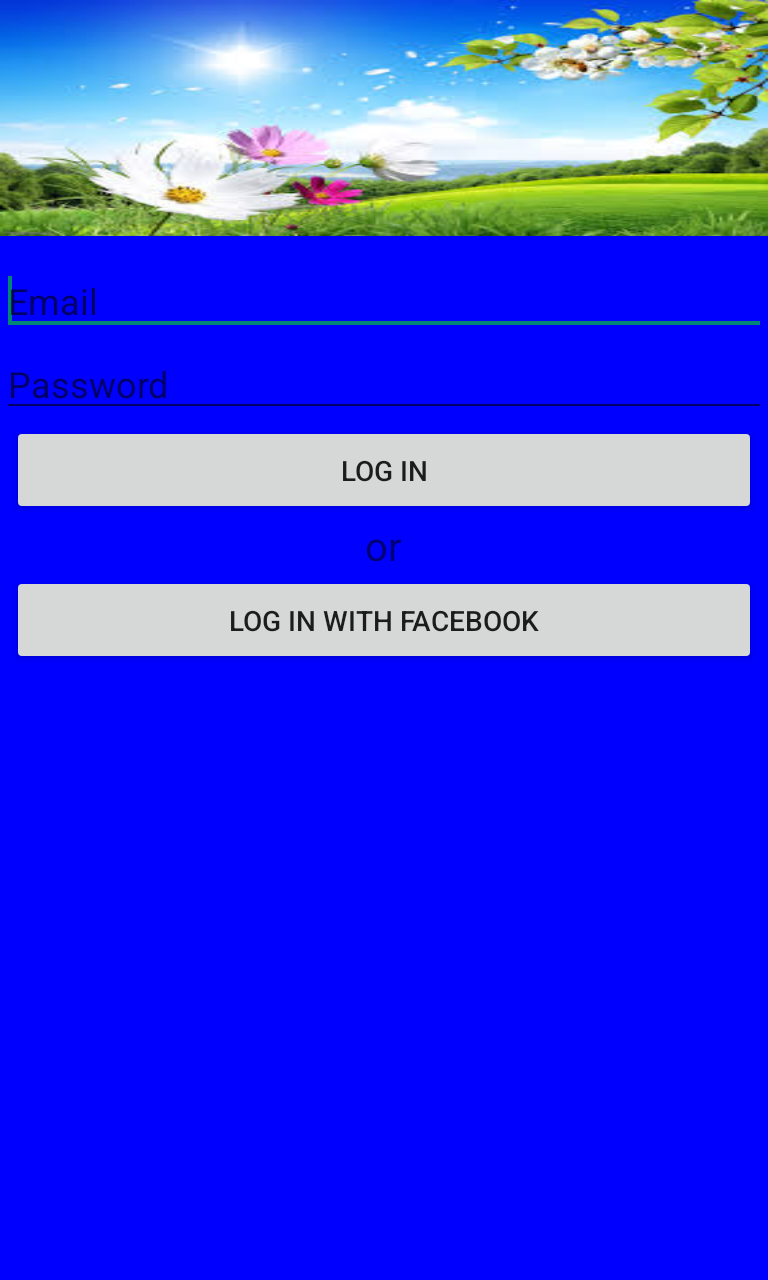
Repository: adarshnair13/my-project
Layout: ash/res/layout/activity_main.xml
The author's editor kept a copy of each file at every save. The layout is drawn from the files as they stood at one save, then again after the next save.
It is drawn on a 768 x 1280 px phone screen (xhdpi) without system bars, with theme AppTheme; the app's code is not run.

Above is the layout before, as saved 2015-02-02 23:01:43.

### ash/res/layout/activity_main.xml
<LinearLayout xmlns:android="http://schemas.android.com/apk/res/android"
    xmlns:tools="http://schemas.android.com/tools"
    android:id="@+id/LinearLayout1"
    android:layout_width="match_parent"
    android:layout_height="match_parent"
    android:orientation="vertical"
    android:background="#0000ff"
    tools:context="com.adarsh.ash.MainActivity" >

    <ImageView
        android:id="@+id/imageView1"
        android:layout_width="match_parent"
        android:layout_height="wrap_content"
        android:scaleType="fitXY"
        android:src="@drawable/nock" />

    <EditText
        android:id="@+id/editText1"
        android:layout_width="match_parent"
        android:layout_height="wrap_content"
        android:layout_marginTop="10dp"
        android:ems="10"
        android:hint="Email"
        android:inputType="textEmailAddress" >

        <requestFocus />
    </EditText>

    <EditText
        android:id="@+id/editText2"
        android:layout_width="match_parent"
        android:layout_height="wrap_content"
        android:ems="10"
        android:hint="Password"
        android:inputType="numberPassword" />

    <Button
        android:id="@+id/button1"
        style="?android:attr/buttonStyleSmall"
        android:layout_width="match_parent"
        android:layout_height="wrap_content"
        android:layout_marginLeft="5dp"
        android:layout_marginRight="5dp"
        android:text="Log In" />

    <TextView
        android:id="@+id/textView1"
        android:layout_width="wrap_content"
        android:layout_height="wrap_content"
        android:layout_gravity="center"
        android:text="or"
        android:textSize="20dp" />

    <Button
        android:id="@+id/button2"
        style="?android:attr/buttonStyleSmall"
        android:layout_width="match_parent"
        android:layout_height="wrap_content"
        android:layout_marginLeft="5dp"
        android:layout_marginRight="5dp"
        android:text="Log In with Facebook" />

</LinearLayout>

Loaded but not shown: ash/res/values/styles.xml (common file); ash/res/values-v11/styles.xml (common file); ash/res/values-v14/styles.xml (common file)

After the next save:
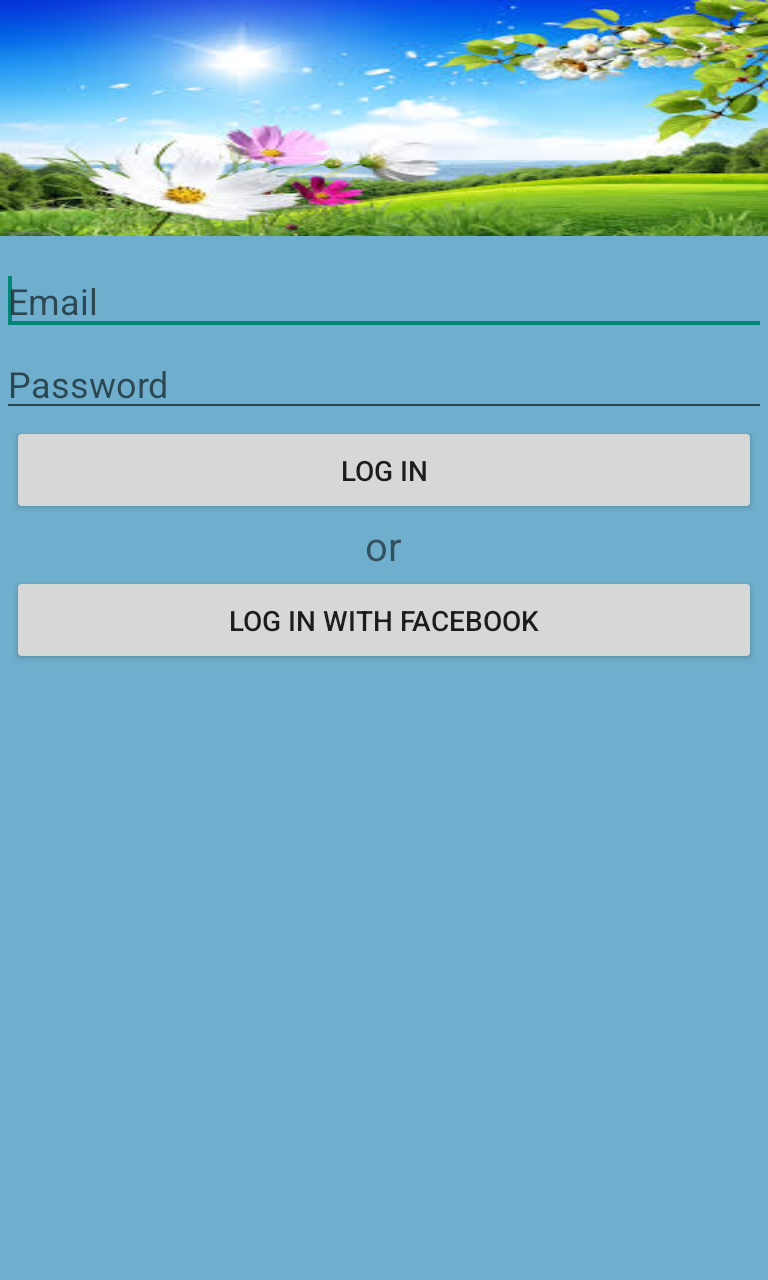
Saved 44 s later.
--- a/ash/res/layout/activity_main.xml
+++ b/ash/res/layout/activity_main.xml
@@ -4,7 +4,7 @@
     android:layout_width="match_parent"
     android:layout_height="match_parent"
     android:orientation="vertical"
-    android:background="#0000ff"
+    android:background="#6FAFCD"
     tools:context="com.adarsh.ash.MainActivity" >
 
     <ImageView
